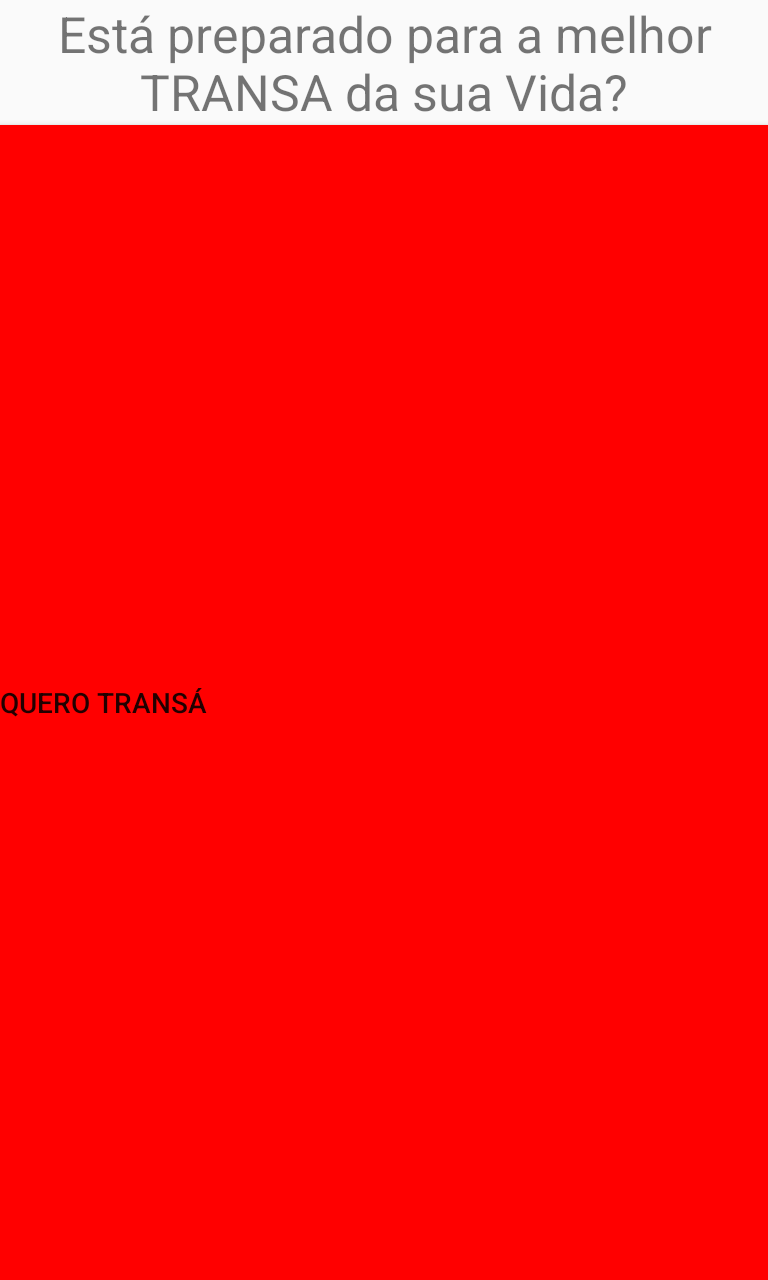
Repository: Cookahn/bioca_sounds
Layout: ChicoBiocaApp/res/layout/fragment_main.xml
The author's editor kept a copy of each file at every save. The layout is drawn from the files as they stood at one save, then again after the next save.
It is drawn on a 768 x 1280 px phone screen (xhdpi) without system bars, with theme AppTheme; the app's code is not run.

Above is the layout before, as saved 2014-08-11 19:37:39.

After the next save:
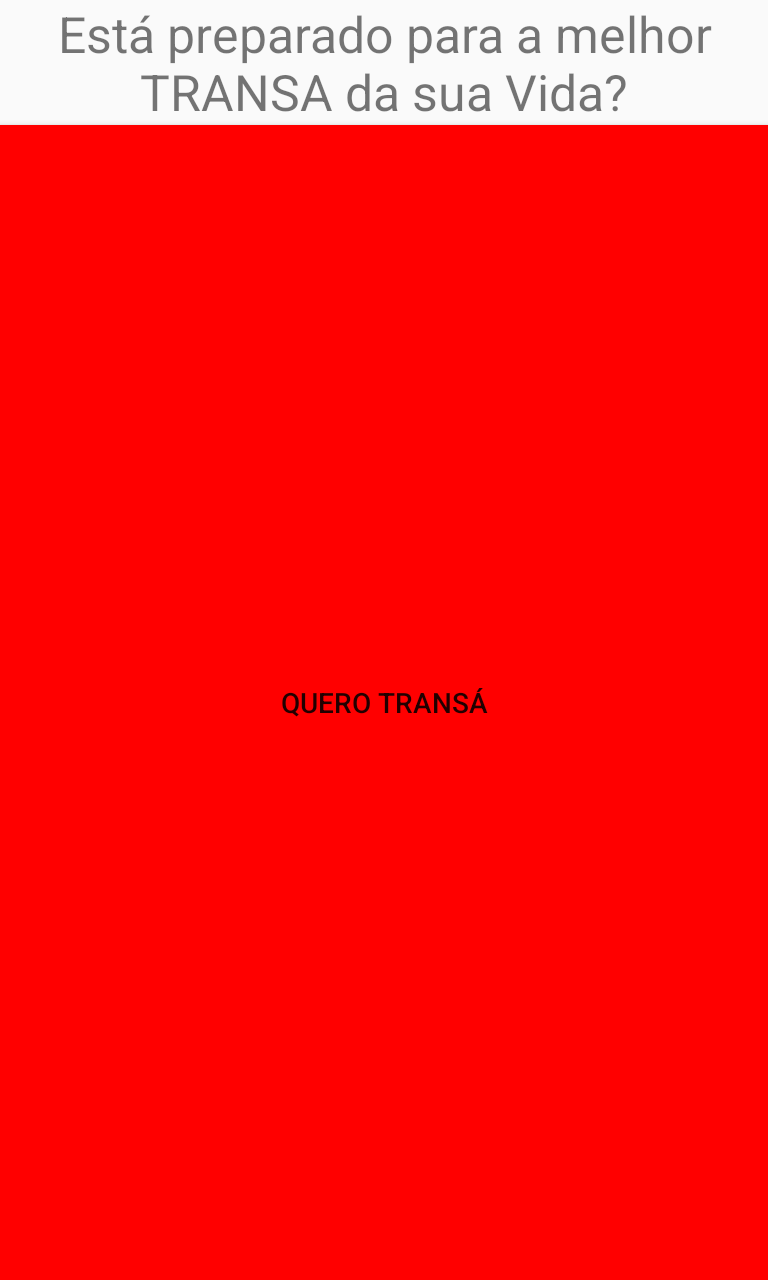
Saved 33 s later.
--- a/ChicoBiocaApp/res/layout/fragment_main.xml
+++ b/ChicoBiocaApp/res/layout/fragment_main.xml
@@ -16,7 +16,7 @@
         android:layout_width="match_parent"
         android:layout_height="match_parent"
         android:text="@string/i_want_to_fuck"
-        android:gravity="center_vertical"
+        android:gravity="center"
         android:background="#ff0000"/>
 
 </LinearLayout>
